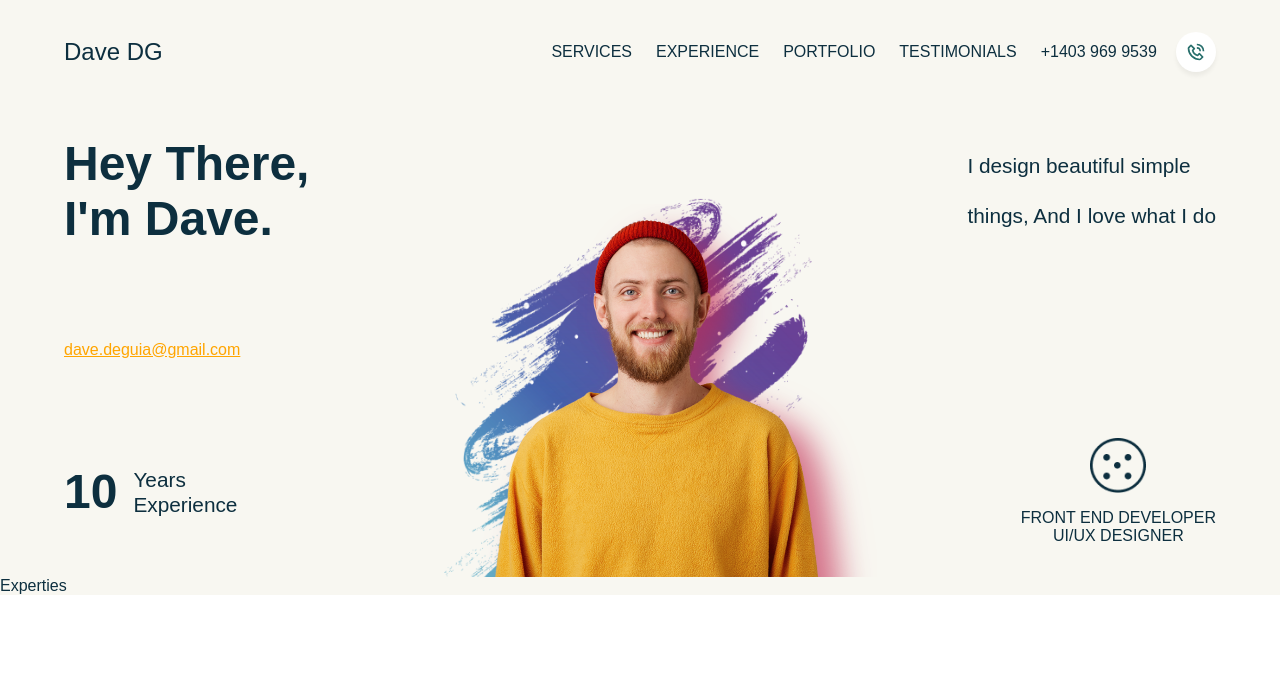
Repository: davedeguia/framer-motion-portfolio
Page: /
The author's editor kept a copy of each file at every save. The page is drawn from the files as they stood at one save, then again after the next save.
The browser window is 1280 px wide. The pictures show the whole page.
Some web fonts or font styles are not loaded; a fallback is used. The project was rebuilt for these pictures with package versions that can differ from the ones it lists, and the page was loaded fresh each time. Also part of the build but not shown: vite.config.js, src/components/Experties/Experties.module.scss.

Above is the page before, as saved 2023-02-10 05:01:54.

### index.html
<!DOCTYPE html>
<html lang="en">
  <head>
    <meta charset="UTF-8" />
    <link rel="icon" type="image/svg+xml" href="/vite.svg" />
    <meta name="viewport" content="width=device-width, initial-scale=1.0" />
    <link rel="stylesheet" href="https://stijndv.com/fonts/Eudoxus-Sans.css" />
      <title>Dave DG</title>
  </head>
  <body>
    <div id="root"></div>
    <script type="module" src="/src/main.jsx"></script>
  </body>
</html>

### src/main.jsx
import React from 'react'
import ReactDOM from 'react-dom/client'
import App from './App'
import './styles/index.css'
import './styles/global.scss'

ReactDOM.createRoot(document.getElementById('root')).render(
  <React.StrictMode>
    <App />
  </React.StrictMode>
)

### src/App.jsx
import Experties from './components/Experties/Experties'
import Header from './components/Header/Header'
import Hero from './components/hero/Hero'
import css from './styles/app.module.scss'

const App = () => {
  return (
    <div className={`bg-primary ${css.container}`}>
      <Header />
      <Hero />
      <Experties />
    </div>
  )
}

export default App

### src/styles/index.css
* {
    margin: 0;
    padding: 0;
    box-sizing: border-box;
    scroll-behavior: smooth;
    font-family: "Eudoxus Sans", sans-serif;
  }

### src/styles/global.scss
@import './constants.scss';

.bg-primary {
  background: #F8F7F1;
}

.innerWidth {
  @media (min-width: $xxl) {
    max-width: 1280px;
    margin: auto;
  }

  width: 100%;
}

.paddings {
  @media (min-width: $sm) {
    padding: 4rem;
  }


  @media (min-width: $xl),
  (min-width: $md) {
    padding-top: 2rem;
    padding-bottom: 2rem;
  }

  padding-left: 1.5rem;
  padding-right: 1.5rem;
  padding-top: 1.5rem;
  padding-bottom: 1.5rem;
}



.xPaddings {
  @media (min-width: $sm) {
    padding-left: 4rem;
    padding-right: 4rem;
  }

  padding-left: 1.5rem;
  /* 24px */
  padding-right: 1.5rem;
  /* 24px */
}

.yPaddings {
  @media (min-width: $sm) {
    padding-top: 4rem;
    padding-bottom: 4rem;
  }

  @media (min-width: $xl) {
    padding-top: 2rem;
    padding-bottom: 2rem;
  }

  padding-top: 3rem;
  padding-bottom: 3rem;
}

.topPaddings {
  @media (min-width : $sm) {
    padding-top: 4rem;
  }

  @media (min-width: $xl) {
    padding-top: 2rem;
  }

  padding-top: 3rem;
}


.bottomPaddings {
  @media (min-width : $sm) {
    padding-bottom: 4rem;
  }

  @media (min-width: $xl) {
    padding-bottom: 2rem;
  }

  padding-bottom: 3rem;
}


.flexCenter {
  display: flex;
  justify-content: center;
  align-items: center;
}

.flexStart {
  display: flex;
  justify-content: start;
  align-items: center;
}

.flexEnd {
  display: flex;
  justify-items: end;
}

.primaryText {
  @media (max-width: $sm) {
    font-size: 2.5rem;
  }
  font-size: 3rem;
  font-weight: bold;
}

.secondaryText {
  @media (max-width: $sm) {
    font-size: 1.1rem;
    line-height: 40px;
  }
  line-height: 50px;
  font-size: 1.3rem;
  font-weight: 500
}
.anchor {
  display: block;
  position: relative;
  top: -100px;
  visibility: hidden;
}

### src/components/Experties/Experties.jsx
import React from 'react'
import css from './Experties.module.scss'

const Experties = () => {
  return (
    <section>
      <div>Experties</div>
    </section>
  )
}

export default Experties

### src/components/Header/Header.jsx
import React, { useState } from 'react'
import css from './Header.module.scss'
import { BiMenuAltRight, BiPhoneCall } from 'react-icons/bi'
import { motion } from 'framer-motion'
import { getMenuStyles, headerVariants } from '../../utils/motion'
import useHeaderShadow from '../../hooks/useHeaderShadow'

const Header = () => {
  const [menuOpened, setMenuOpened] = useState(false)
  const headerShadow = useHeaderShadow()
  return (
    <motion.div
      initial='hidden'
      whileInView='show'
      variants={headerVariants}
      viewport={{ once: false, amount: 0.25 }}
      className={`paddings ${css.wrapper}`}
      style={{ boxShadow: headerShadow }}
    >
      <div className={`flexCenter innerWidth ${css.container}`}>
        <div className={css.name}>Dave DG</div>
        <ul
          style={getMenuStyles(menuOpened)}
          className={`flexCenter ${css.menu}`}
        >
          <li>
            <a href=''>Services</a>
          </li>

          <li>
            <a href=''>Experience</a>
          </li>

          <li>
            <a href=''>Portfolio</a>
          </li>

          <li>
            <a href=''>Testimonials</a>
          </li>

          <li className={`flexCenter ${css.phone}`}>
            <p>+1403 969 9539</p>
            <BiPhoneCall size={'40px'} />
          </li>
        </ul>
        {/* for medium and small screens */}
        <div
          className={css.menuIcon}
          onClick={() => setMenuOpened((prev) => !prev)}
        >
          <BiMenuAltRight size={30} />
        </div>
      </div>
    </motion.div>
  )
}

export default Header

### src/components/hero/Hero.jsx
import React from 'react'
import css from './Hero.module.scss'
import { motion } from 'framer-motion'
import { fadeIn, slideIn, staggerContainer } from '../../utils/motion'

const Hero = () => {
  return (
    <section className={`paddings ${css.wrapper}`}>
      <motion.div
        variants={staggerContainer}
        initial='hidden'
        whileInView='show'
        viewport={{ once: false, amount: 0.25 }}
        className={`innerWidth ${css.container}`}
      >
        {/* upper elements */}
        <div className={css.upperElements}>
          <motion.span
            variants={fadeIn('right', 'tween', 0.2, 1)}
            className='primaryText'
          >
            Hey There, <br /> I'm Dave.
          </motion.span>
          <motion.span
            variants={fadeIn('left', 'tween', 0.4, 1)}
            className='secondaryText'
          >
            I design beautiful simple <br /> things, And I love what I do
          </motion.span>
        </div>

        {/* person image */}
        <motion.div
          variants={fadeIn('up', 'tween', 0.3, 1)}
          className={css.person}
        >
          <motion.img
            variants={slideIn('up', 'tween', 0.5, 1.3)}
            src='./person.png'
            alt=''
          />
        </motion.div>

        {/* email */}
        <a className={css.email} href='mailto:dave.deguia@gmail.com'>
          dave.deguia@gmail.com
        </a>

        {/* lower elements */}
        <div className={css.lowerElements}>
          <div className={css.experience}>
            <div className='primaryText'>10</div>
            <div className='secondaryText'>
              <div>Years</div>
              <div>Experience</div>
            </div>
          </div>
          <div className={css.certificate}>
            <img src='./certificate.png' alt='' />
            <span>FRONT END DEVELOPER</span>
            <span>UI/UX DESIGNER</span>
          </div>
        </div>
      </motion.div>
    </section>
  )
}

export default Hero

### src/styles/app.module.scss
@import './constants.scss';

.container{
    overflow-x: clip;
    position: relative;
    color: $primary;

}

### src/components/Header/Header.module.scss
@import './../../styles/constants.scss';

.wrapper {
    position: relative;
    z-index: 99;
    opacity: 1;
    transform: none;
    position: sticky;
    top: 0px;
    transition: all 300ms ease;

    .container {
        position: relative;
        justify-content: space-between;
        font-weight: 500;

        .name {
            font-size: 1.5rem;
            font-weight: 500;
        }

        .menu {

            @media (max-width: $sm),
            (max-width: $md) {
                position: absolute;
                list-style: none;
                gap: 2rem;
                font-weight: 500;
                flex-direction: column;
                right: 0;
                top: 3rem;
                height: calc(100vh - 6.3rem);
                width: 50%;
                min-width: 15rem;
                background: white;
                padding: 2rem;
                display: flex;
                border-radius: 10px;
                transition: all 200ms ease;
                align-items: flex-start;
                padding: 3rem;
                justify-content: flex-start;
                box-shadow: 0px 4px 4px rgba(0, 0, 0, 0.05);
            }

            text-transform: uppercase;
            font-size: 1rem;
            list-style: none;
            gap: 1.5rem;
            cursor: pointer;

            li {
                a {
                    color: inherit;
                    text-decoration: none;
                }

                &:hover {
                    color: $secondary;
                }
            }

            .phone {
                gap: 1.2rem;
                flex-wrap: wrap;

                svg {
                    color: $secondary;
                    background-color: white;
                    padding: 10px;
                    border-radius: 999px;
                    box-shadow: 0px 4px 4px rgba(0, 0, 0, 0.05);
                }
            }
        }



        .menuIcon {

            @media (max-width: $sm),
            (max-width: $md) {
                display: block;
            }

            display: none;
        }
    }
}

### src/utils/motion.js
export const headerVariants = {
  hidden: {
    opacity: 0,
    y: -50,
    transition: {
      type: 'spring',
      stiffness: 300,
      damping: 140,
    },
  },
  show: {
    opacity: 1,
    y: 0,
    transition: {
      type: 'spring',
      stiffness: 80,
      delay: 1,
    },
  },
}

export const slideIn = (direction, type, delay, duration) => ({
  hidden: {
    x: direction === 'left' ? '-100%' : direction === 'right' ? '100%' : 0,
    y: direction === 'up' ? '100%' : direction === 'down' ? '100%' : 0,
  },
  show: {
    x: 0,
    y: 0,
    transition: {
      type,
      delay,
      duration,
      ease: 'easeOut',
    },
  },
})

export const staggerContainer = (staggerChildren, delayChildren) => ({
  hidden: {},
  show: {
    transition: {
      staggerChildren,
      delayChildren,
    },
  },
})

export const textVariant = (delay) => ({
  hidden: {
    y: 50,
    opacity: 0,
  },
  show: {
    y: 0,
    opacity: 1,
    transition: {
      type: 'spring',
      duration: 1.25,
      delay,
    },
  },
})

export const textVariant2 = {
  hidden: {
    opacity: 0,
    y: 20,
  },
  show: {
    opacity: 1,
    y: 0,
    transition: {
      type: 'tween',
      ease: 'easeIn',
    },
  },
}

export const fadeIn = (direction, type, delay, duration) => ({
  hidden: {
    x: direction === 'left' ? 100 : direction === 'right' ? -100 : 0,
    y: direction === 'up' ? 100 : direction === 'down' ? -100 : 0,
    opacity: 0,
  },
  show: {
    x: 0,
    y: 0,
    opacity: 1,
    transition: {
      type,
      delay,
      duration,
      ease: 'easeOut',
    },
  },
})

export const zoomIn = (delay, duration) => ({
  hidden: {
    scale: 0,
    opacity: 0,
  },
  show: {
    scale: 1,
    opacity: 1,
    transition: {
      type: 'tween',
      delay,
      duration,
      ease: 'easeOut',
    },
  },
})

export const footerVariants = {
  hidden: {
    opacity: 0,
    y: 50,
    transition: {
      type: 'spring',
      stiffness: 300,
      damping: 140,
    },
  },
  show: {
    opacity: 1,
    y: 0,
    transition: {
      type: 'spring',
      stiffness: 80,
      delay: 0.5,
    },
  },
}

export const staggerChildren = {
  hidden: { opacity: 0 },
  show: {
    opacity: 1,
    transition: {
      staggerChildren: 0.5,
    },
  },
}

export const getMenuStyles = (menuOpened) => {
  if (document.documentElement.clientWidth <= 640) {
    return { right: !menuOpened && '-100%' }
  }
}

### src/components/hero/Hero.module.scss
@import './../../styles/constants.scss';

.wrapper {
    overflow: hidden;

    .container {
        position: relative;
        z-index: 1;

        .upperElements {
            @media (max-width: $sm) {
                justify-content: center;
                text-align: center;
                gap: 2rem;
            }
            display: flex;
            align-items: center;
            justify-content: space-between;
            flex-wrap: wrap;
        }

        .lowerElements {
            @media (max-width: $sm), (max-width: $md) {
                margin-top: 4rem;
                gap: 2rem;
                justify-content: center;
            }
            margin-top: 12rem;
            display: flex;
            flex-wrap: wrap;
            justify-content: space-between;

            .experience {
                display: flex;
                align-items: center;
                gap: 1rem;

                >:nth-child(2) {
                    line-height: 25px;
                }
            }

            .certificate {
                display: flex;
                flex-direction: column;
                align-items: center;

                img {
                    margin-bottom: 1rem;
                    width: 3.5rem;
                }
            }
        }

        .person {
            @media (max-width: $sm), (max-width: $md) {
                position: relative;
                left: 0;
                background-size: 20rem;
                display: flex;
                align-items: center;
                justify-content: center;
                background-position: bottom;
            }
            position: absolute;
            bottom: -2rem;
            margin: auto;
            background-image: url('../splash.png');
            background-repeat: no-repeat;
            background-size: 23rem;
            left: 33%;

            img {
                @media (max-width: $sm) {
                    width: 23rem;
                }
                margin-bottom: -5px;
            }
        }

        .email {
            @media (max-width: $sm) {
                position: relative;
                display: none;
            }
            position: absolute;
            top: 50%;
            color: orange;
            left: 0;
        }
    }
}

Loaded but not shown: src/styles/constants.scss (common file); src/hooks/useHeaderShadow.jsx (common file)

After the next save:
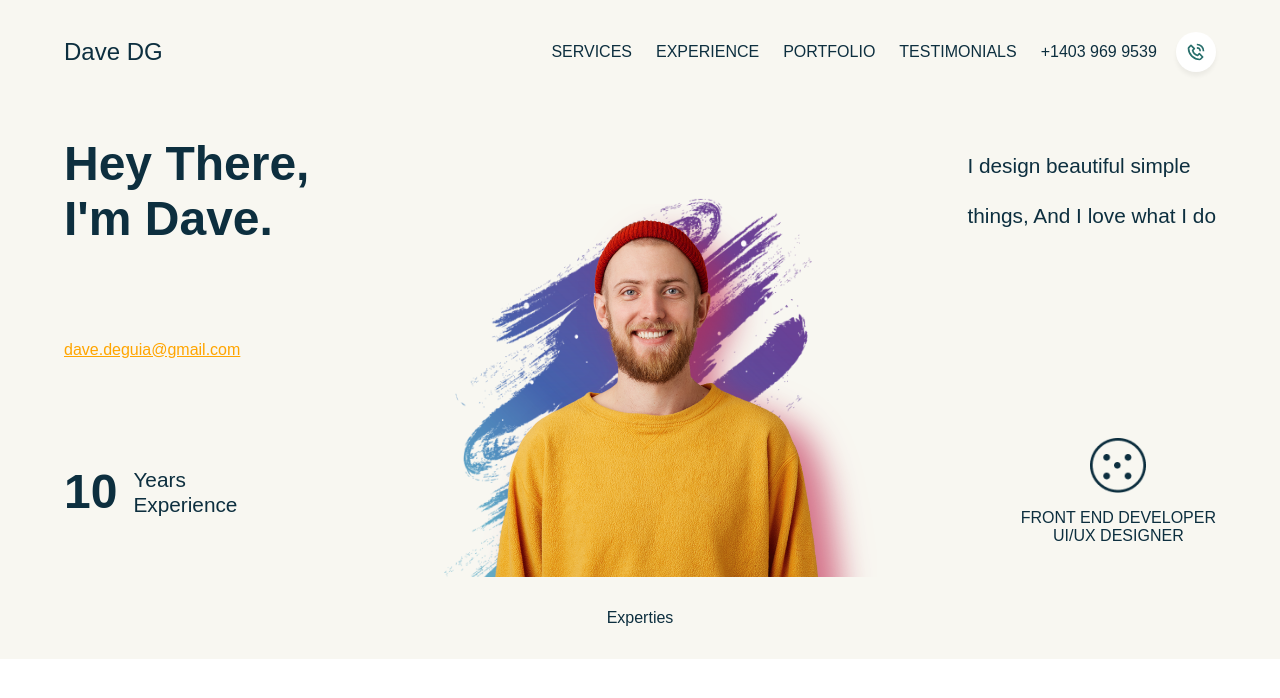
Saved 57 s later.
--- a/src/components/Experties/Experties.jsx
+++ b/src/components/Experties/Experties.jsx
@@ -3,8 +3,12 @@ import css from './Experties.module.scss'
 
 const Experties = () => {
   return (
-    <section>
-      <div>Experties</div>
+    <section className={css.wrapper}>
+      <div
+        className={`paddings yPaddings flexCenter innerWidth ${css.container}`}
+      >
+        Experties
+      </div>
     </section>
   )
 }
